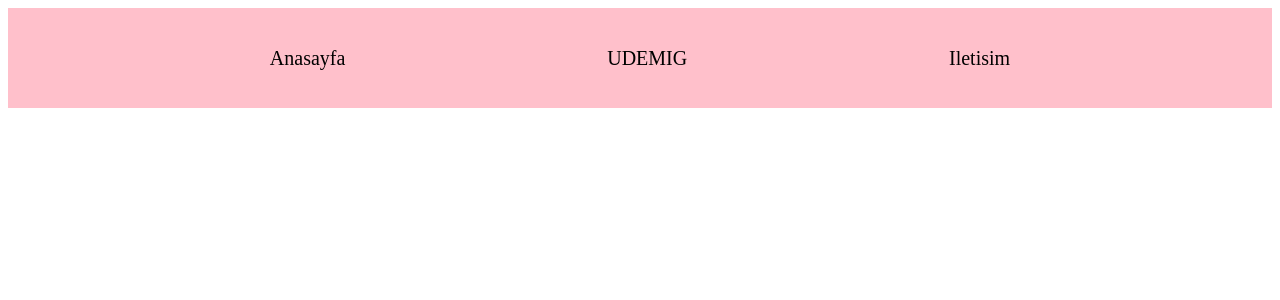
Repository: Kubraaygun/Html_Css_Login
Page: index.html
The author's editor kept a copy of each file at every save. The page is drawn from the files as they stood at one save, then again after the next save.
The browser window is 1280 px wide. The pictures show the whole page.

Above is the page before, as saved 2025-03-04 20:57:30.

### index.html
<!DOCTYPE html>
<html lang="en">
  <head>
    <meta charset="UTF-8" />
    <meta name="viewport" content="width=device-width, initial-scale=1.0" />
    <title>HTML</title>
    <link rel="stylesheet" href="style.css" />
  </head>
  <body>
    <header style="background-color: pink">
      <div
        style="
          display: flex;
          justify-content: space-evenly;
          align-items: center;
          height: 100px;
        "
      >
        <a style="text-decoration: none; color: black">Anasayfa</a>
        <a style="text-decoration: none; color: black" href="">UDEMIG</a>
        <a style="text-decoration: none; color: black" href="">Iletisim</a>
      </div>
    </header>
  </body>
</html>

### style.css
body {
  font-size: 20px;
}
.h1:hover {
  background-color: purple;
}
#h1:hover {
  color: purple;
}
.link:hover {
  text-decoration: none;
}

ol {
  background-color: aqua;
  border: 10px groove red;
}
ul {
  background-color: green;
  margin: 50px 20px 9px 30px;
  border-radius: 30px 50px 1px 50px;
}

li {
  background-color: yellow;
  margin: 10px;
  padding: 10px;
}

After the next save:
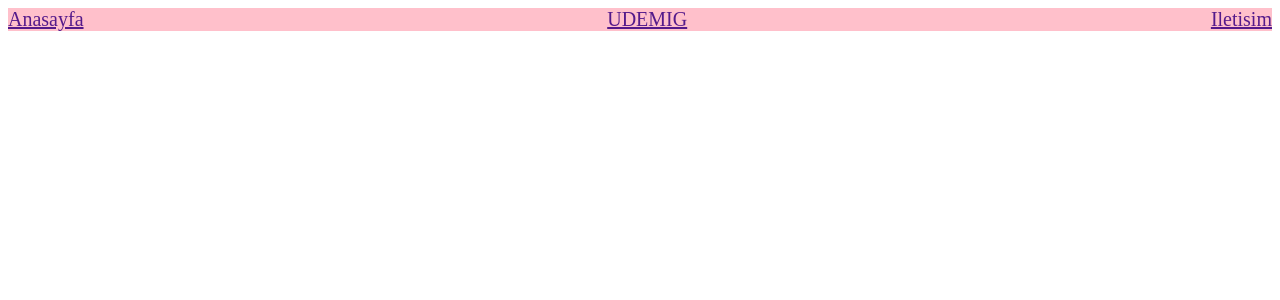
Saved 48 s later.
--- a/index.html
+++ b/index.html
@@ -7,18 +7,19 @@
     <link rel="stylesheet" href="style.css" />
   </head>
   <body>
-    <header style="background-color: pink">
-      <div
-        style="
-          display: flex;
-          justify-content: space-evenly;
-          align-items: center;
-          height: 100px;
-        "
-      >
-        <a style="text-decoration: none; color: black">Anasayfa</a>
-        <a style="text-decoration: none; color: black" href="">UDEMIG</a>
-        <a style="text-decoration: none; color: black" href="">Iletisim</a>
+    <header style="background-color: pink; margin-top: 0">
+      <div class="contain">
+        <div
+          style="
+            display: flex;
+            justify-content: space-between;
+            align-items: flex-end;
+          "
+        >
+          <a href="">Anasayfa</a>
+          <a href="">UDEMIG</a>
+          <a href="">Iletisim</a>
+        </div>
       </div>
     </header>
   </body>
